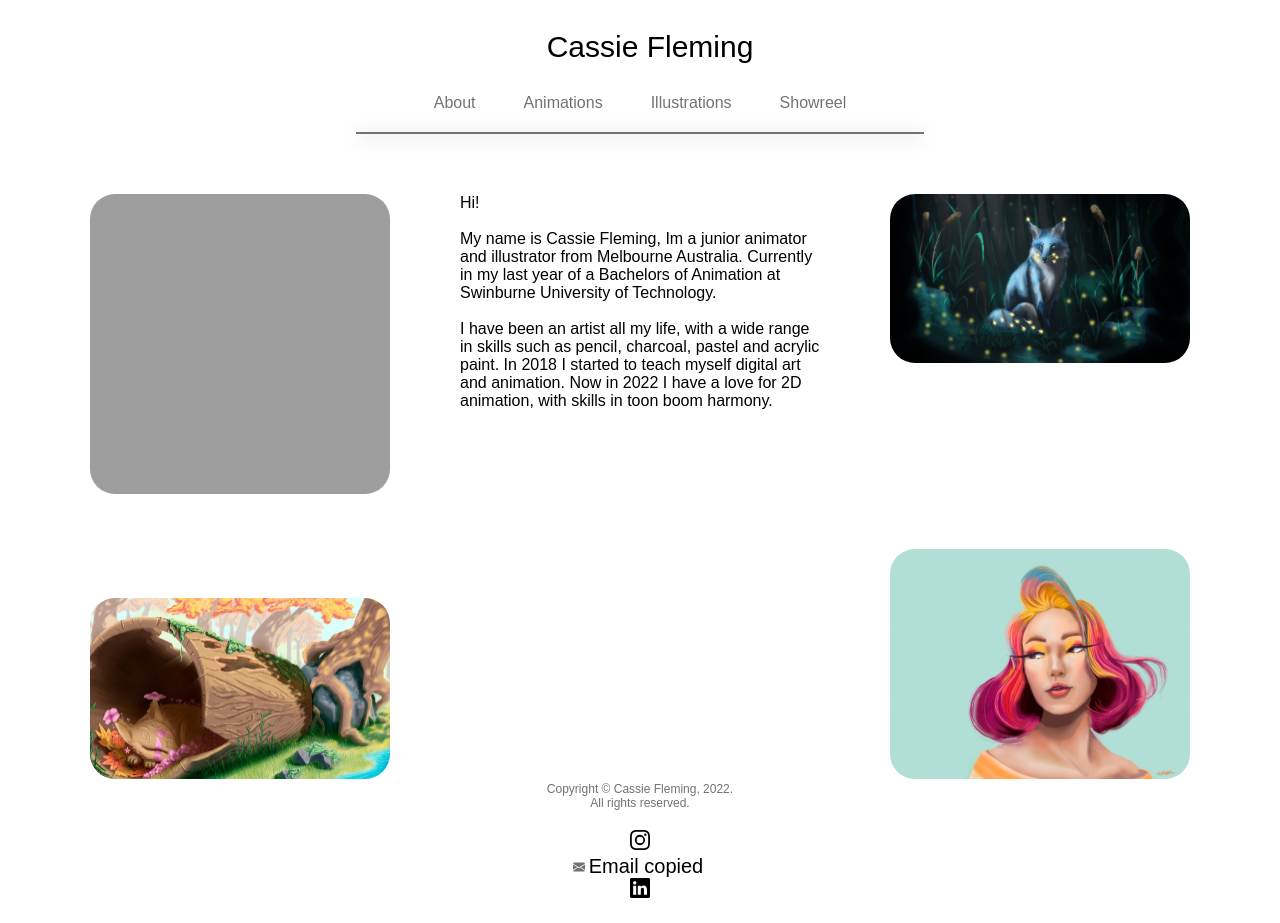
Repository: David-Waite/Cassie-Fleming-portfolio
Page: /
An editor plug-in stored every save of this project. The page is shown before and after the next save, followed by the edit.
The browser window is 1280 px wide. The pictures show the whole page.
Pictures or frames that could not be fetched are drawn as grey boxes. Some web fonts or font styles are not loaded; a fallback is used. The project was rebuilt for these pictures with package versions that can differ from the ones it lists, and the page was loaded fresh each time. The framework's server and built-in components were replaced by stand-ins that run in the browser. Also part of the build but not shown: next.config.js.

Above is the page before, as saved 2022-09-11 17:43:18.

### pages/index.js
import Head from "next/head";
import Image from "next/image";
import styles from "../styles/Home.module.css";

export default function Home() {
  return (
    <div className={styles.layout}>
      <div className={`${styles.photoContainer} ${styles.photoContainerLeft}`}>
        <div>
          <Image
            className={styles.photo}
            src="/Cassie.png"
            height={3024}
            width={3024}
            alt="Photo of me, Cassie Fleming"
          />
        </div>
        <div className={styles.photo}>
          <Image
            className={styles.photo}
            src="/cherry blossom.2.jpg"
            height={725}
            width={1200}
            alt="Cherry Blossom covered fox, taking a nap in a hollowed tree log, by the river"
          />
        </div>
      </div>

      <div className={styles.aboutText}>
        Hi!
        <br />
        <br />
        My name is Cassie Fleming, Im a junior animator and illustrator from
        Melbourne Australia. Currently in my last year of a Bachelors of
        Animation at Swinburne University of Technology.
        <br />
        <br /> I have been an artist all my life, with a wide range in skills
        such as pencil, charcoal, pastel and acrylic paint. In 2018 I started to
        teach myself digital art and animation. Now in 2022 I have a love for 2D
        animation, with skills in toon boom harmony.
      </div>
      <div className={styles.photoContainer}>
        <div className={styles.photo}>
          <Image
            className={styles.photo}
            src="/fox.png"
            height={1080}
            width={1920}
            alt="glowing fox"
          />
        </div>
        <div className={styles.photo}>
          <Image
            className={styles.photo}
            src="/Inkedhuman.jpg"
            height={930}
            width={1211}
            alt="girl with cool hair a swaggie eyes"
          />
        </div>
      </div>
    </div>
  );
}

### components/Layout.js
import Link from "next/link";
import React, { useState } from "react";
import { Instagram, Linkedin, EnvelopeFill } from "react-bootstrap-icons";

export default function Layout({ children }) {
  const [navClass, setNavClass] = useState("");

  function toggleNav() {
    setNavClass((navClass) => {
      return navClass === "change" ? "" : "change";
    });
  }

  return (
    <div className={`layout ${navClass}`}>
      <header className="header">
        <h1>
          <Link href="/">
            <a>Cassie Fleming</a>
          </Link>
        </h1>

        <div className="navbar-icon" onClick={toggleNav}>
          <div className="bar1"></div>
          <div className="bar2"></div>
          <div className="bar3"></div>
        </div>

        <nav>
          <Link href="/">
            <a>About</a>
          </Link>
          <Link href="/">
            <a>Animations</a>
          </Link>
          <Link href="/">
            <a>Illustrations</a>
          </Link>
          <Link href="/">
            <a>Showreel</a>
          </Link>
        </nav>
      </header>
      <div className="navbar-line"></div>

      {children}
      <footer>
        <p>Copyright &copy; Cassie Fleming, 2022.</p>
        <p>All rights reserved.</p>
        <div className="social">
          <span>
            <Link href="https://www.instagram.com/cass_illustrations/">
              <a target="_blank">
                <Instagram />
              </a>
            </Link>
          </span>
          <div
            className="email"
            onClick={() => {
              navigator.clipboard.writeText("cassie.fleming2000@gmail.com");
            }}
          >
            <EnvelopeFill />
            <span>Email copied</span>
          </div>
          <span>
            <Link href="http://www.linkedin.com/in/cassie-fleming-500a56204">
              <a target="_blank">
                <Linkedin />
              </a>
            </Link>
          </span>
        </div>
      </footer>
    </div>
  );
}

### styles/globals.css
@import url("https://fonts.googleapis.com/css2?family=Zen+Maru+Gothic:wght@300;400;500;700&display=swap");

* {
  font-family: "Zen Maru Gothic", sans-serif;
  box-sizing: border-box;
  margin: 0;
  padding: 0;
}

.layout {
  margin: 30px 30px 0;
  display: flex;
  flex-direction: column;
  align-items: center;
  position: relative;
  min-height: calc(100vh - 30px);

  padding-bottom: 140px;
  text-align: center;
}

h1 {
  font-weight: 400;
  font-size: 30px;
  margin-bottom: 30px;
  margin-left: 20px;
}

a:hover {
  color: black;
}

a {
  text-decoration: none;
  color: black;
}
.hover {
  color: red;
}
nav a {
  color: #727272;
  margin: 24px;
  font-size: 16px;
}
.navbar-line {
  width: 568px;
  box-shadow: rgba(0, 0, 0, 0.35) 0px 3px 17px;
  margin: 20px 0 60px;
  border: #727272 solid 1px;
}
footer {
  position: absolute;
  bottom: 0px;
  font-size: 12px;
  color: #727272;
}
/* navBar icon */
.navbar-icon {
  display: none;
  cursor: pointer;
  margin-right: 20px;
}

.bar1,
.bar2,
.bar3 {
  width: 20px;
  height: 3px;
  background-color: #727272;
  margin: 4px 0;
  transition: 0.4s;
  border-radius: 5px;
}

.change .bar1 {
  transform: translate(0, 7px) rotate(-45deg);
}

.change .bar2 {
  opacity: 0;
}

.change .bar3 {
  transform: translate(0, -7px) rotate(45deg);
}

.social {
  padding: 20px;
}
.social span {
  color: black;
  margin: 0 4px;
  cursor: pointer;
  font-size: 20px;
}

.email {
  position: relative;
}
.tooltip {
  position: absolute;
}

@media (max-width: 810px) {
  .layout {
    margin: 20px 20px 0;
  }
  header {
    position: relative;
    display: flex;
    align-items: center;
    justify-content: space-between;
    width: 100vw;
  }
  .navbar-icon {
    display: inline-block;
  }
  h1 {
    font-size: 20px;
    margin-bottom: 0;
  }

  nav {
    position: absolute;
    top: 50px;
    display: flex;
    flex-direction: column;
    width: 100vw;
    height: 0px;
    transition: 0.5s;
    z-index: 1;
    background-color: white;
    overflow: hidden;
  }
  nav a {
    display: flex;
    justify-content: center;
    align-items: center;
    margin: 0;
    height: 50px;
  }
  .change nav {
    height: 100vh;
  }
  a:hover {
    background-color: #c4c3c3;
  }

  .navbar-line {
    width: 100vw;
  }
  .change .layout {
    margin-top: 20px;
  }
}

### styles/Home.module.css
.layout {
  display: grid;
  grid-template-columns: 1fr 1fr 1fr;
  gap: 70px;
}

.aboutText {
  max-width: 600px;
  min-width: 300px;
  text-align: start;
}

.photoContainer {
  display: flex;
  flex-direction: column;
  justify-content: space-between;
  max-width: 300px;
  gap: 100px;
}

.photoContainerLeft {
  margin-left: auto;
}
.photo {
  border-radius: 25px;
}
.profile {
  display: none;
}

@media (max-width: 1000px) {
  .layout {
    gap: 20px;
  }
}
@media (max-width: 810px) {
  .layout {
    display: inline;
  }
  .photo {
    display: none;
  }
  .photoContainerLeft {
    margin: 0 auto 30px;
    max-width: 400px;
  }
  .aboutText {
    max-width: 400px;
  }
}

Loaded but not shown: pages/_app.js (common file)

After the next save:
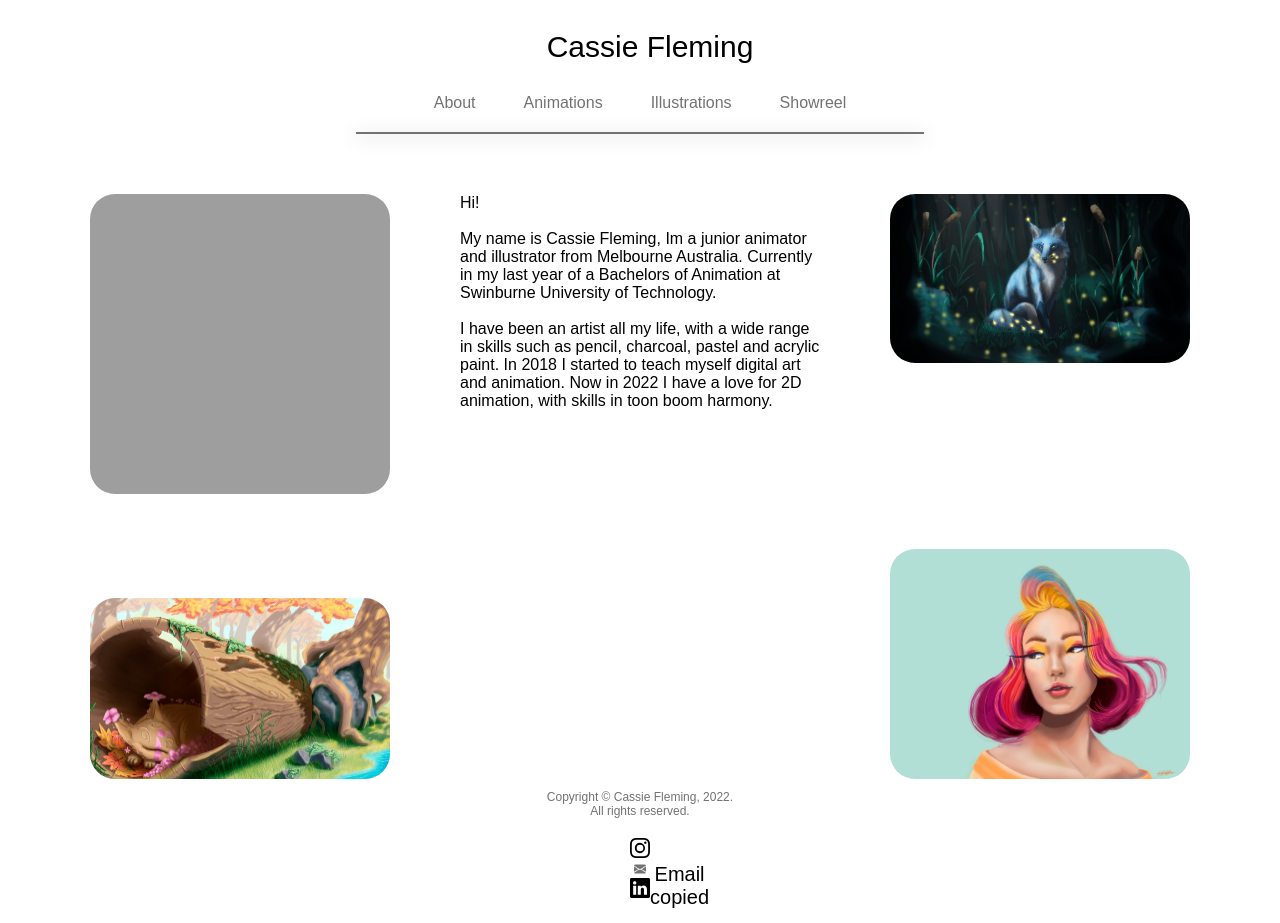
Saved 7 s later.
--- a/styles/globals.css
+++ b/styles/globals.css
@@ -97,7 +97,7 @@ footer {
 .email {
   position: relative;
 }
-.tooltip {
+.email span {
   position: absolute;
 }
 
